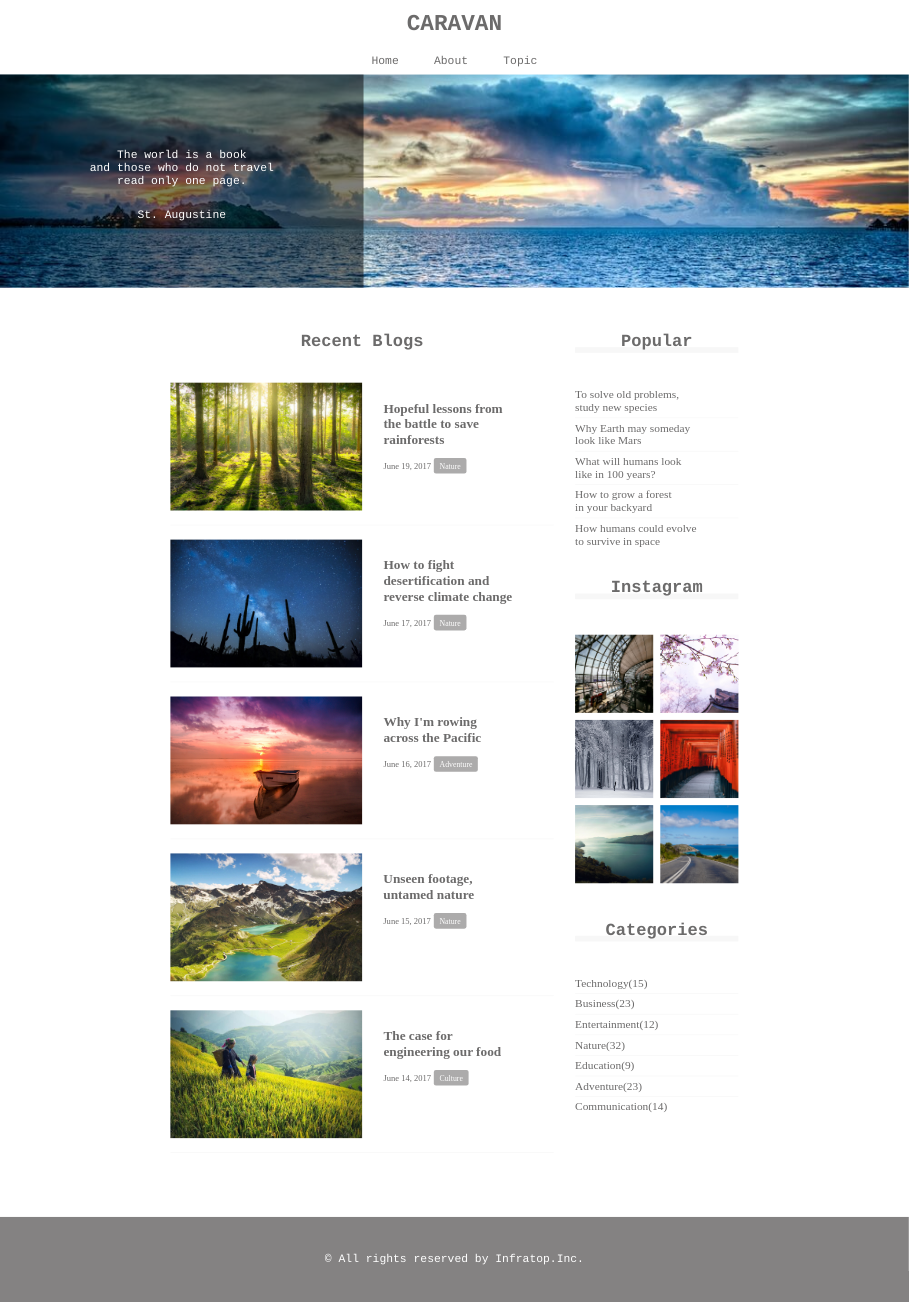
Repository: Risako-Kuse/HTML-CSS
Page: caravan/index.html
The author's editor kept a record of every edit. The page is drawn from the files as they stood at one moment, then again after the next edit.
The browser window is 1280 px wide. The pictures show the whole page, at 71% of full size.

Above is the page before.

After the next edit:
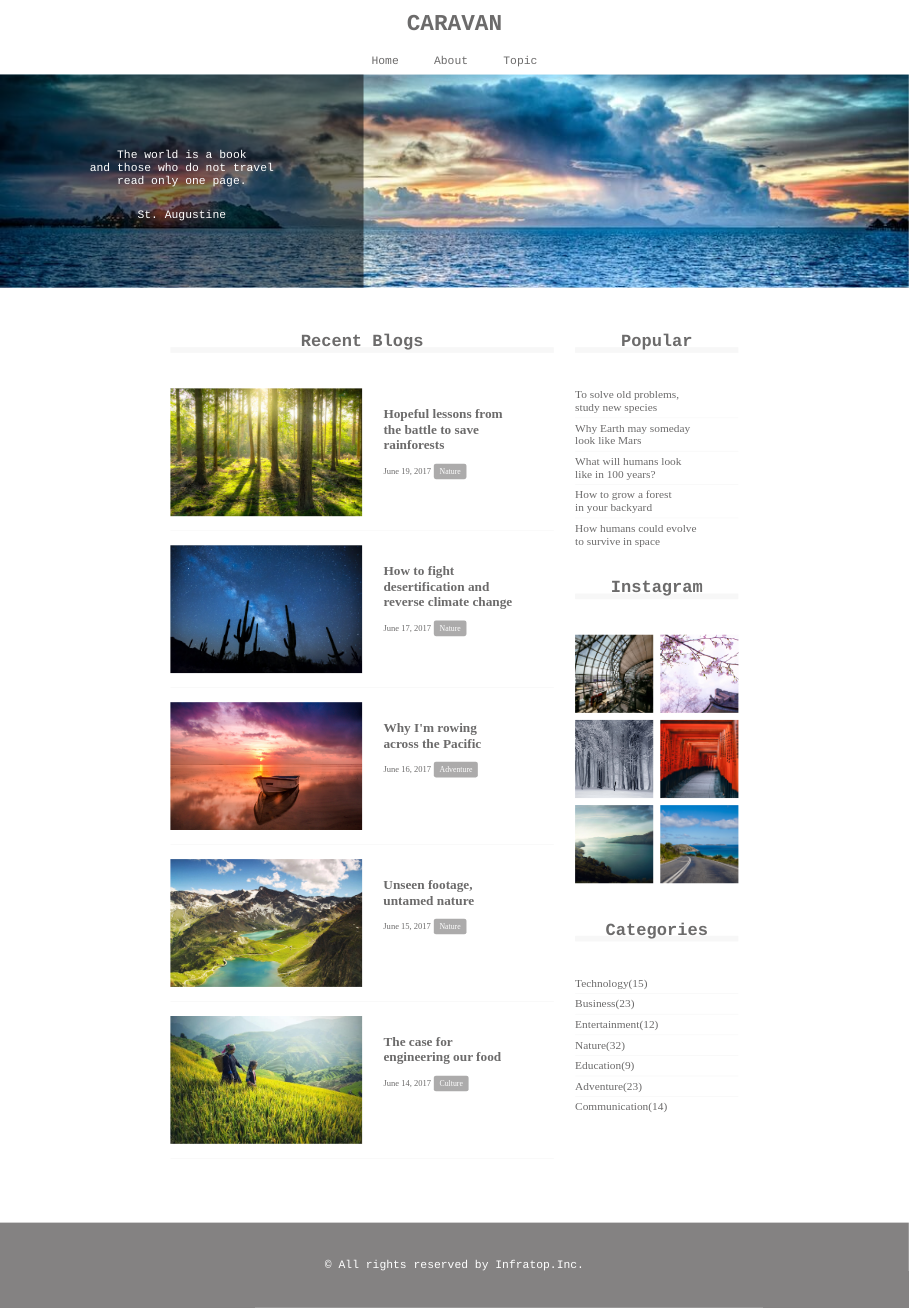
The edit:
--- a/caravan/index.html
+++ b/caravan/index.html
@@ -48,8 +48,7 @@
   <!-- main用のdiv -->
   <main>
     <section class="blog">
-      <h2 class="blog-heading">Recent Blogs</h2>
-
+      <h2 class="blog-heading common-heading">Recent Blogs</h2>
       <div class="blog-box">
       <div class="blog-item">
        <img class="blog-image" src="img/forest.jpg">
